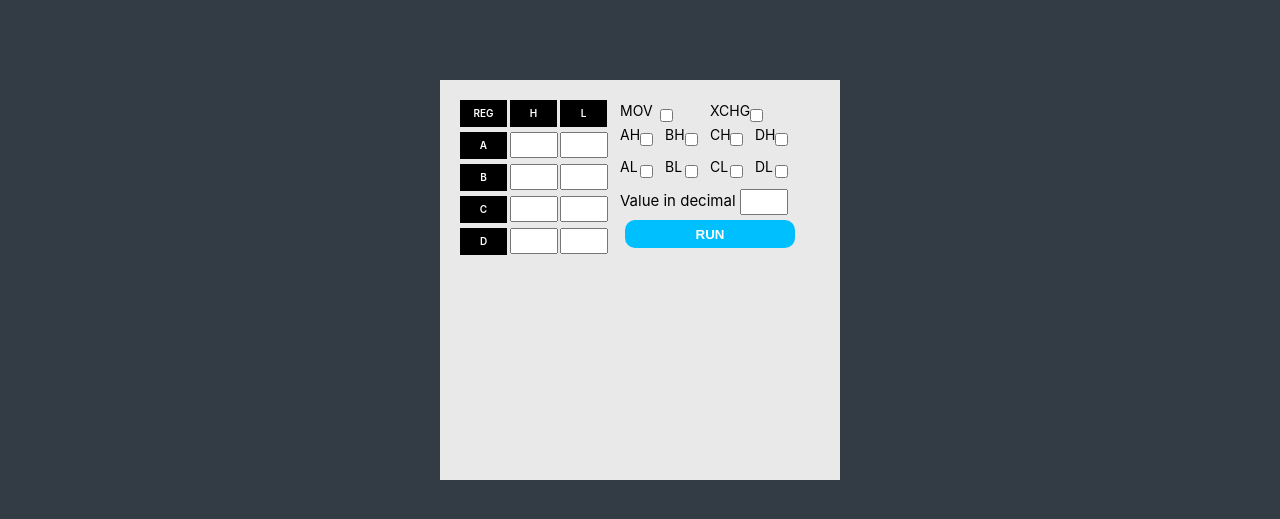
Repository: piookr-wsei/8086
Page: /
These files come from the project's save history. The page is drawn as it stood at one moment and after the next save; the edit follows.
The browser window is 1280 px wide. The pictures show the whole page.
The project was rebuilt for these pictures with package versions that can differ from the ones it lists, and the page was loaded fresh each time.

Above is the page before, as saved 2022-06-18 22:02:42.

### src/App.js
import React from 'react';
import { useState } from 'react';
import './App.css';
import { RegDesc, RegInput, RegWrapper, UiWindow, UiWrapper, SettingsWrapper, Labels, CheckWrapper, OpBox, LineWrap, NumDesc, RegChWrapper, Run } from './Components/Components.elements';


function App() {

  const xchg="xchg";
  const mov="mov"

  const [movChecked, setMovChecked] = useState(false);

  const [xchgChecked, setXchgChecked] = useState(false);

  const [opChosen,setOpChosen] = useState(null)

  function HandleCheck(name){
    if(name=="mov"){
      setMovChecked(!movChecked)
      setXchgChecked(false)
    }
    else if(name=="xchg"){
      setXchgChecked(!xchgChecked)
      setMovChecked(false)

    }
    setOpChosen(name)
  }

function OpChange(){
  return(
    <>
    <Labels>
      <CheckWrapper>
        MOV
        <OpBox type="checkbox"  checked={movChecked} onClick={() => HandleCheck(mov)} id="MOV"/>
      </CheckWrapper>
      <CheckWrapper style={{position:"relative", left:"10px"}}>
        XCHG
        <OpBox type="checkbox" checked={xchgChecked} onChange={() => HandleCheck(xchg)} id="XCHG" name="XCHG"/>
      </CheckWrapper>
    </Labels>
    </>
    )
  }







  return (
    <div className="App">
      <UiWindow>
        <UiWrapper>
          <RegWrapper>
            <RegDesc textContent={"REG"}/>  <RegDesc textContent={"H"}/>  <RegDesc textContent={"L"}/>

            <RegDesc textContent={"A"}/>  <RegInput maxLength={2}/> <RegInput maxLength={2}/>
            <RegDesc textContent={"B"}/>  <RegInput maxLength={2}/> <RegInput maxLength={2}/>
            <RegDesc textContent={"C"} />  <RegInput maxLength={2}/> <RegInput maxLength={2}/>
            <RegDesc textContent={"D"}/>  <RegInput maxLength={2}/> <RegInput maxLength={2}/>
          </RegWrapper>

          <SettingsWrapper>

              <OpChange/>

              <RegChWrapper>
                <CheckWrapper>
                  AH<OpBox type="checkbox"/>
                </CheckWrapper>
                <CheckWrapper>
                  BH<OpBox type="checkbox"/>
                </CheckWrapper>
                <CheckWrapper>
                  CH<OpBox type="checkbox"/>
                </CheckWrapper>
                <CheckWrapper>
                  DH<OpBox type="checkbox"/>
                </CheckWrapper>
                <CheckWrapper>
                  AL<OpBox type="checkbox"/>
                </CheckWrapper>
                <CheckWrapper>
                  BL<OpBox type="checkbox"/>
                </CheckWrapper>
                <CheckWrapper>
                  CL<OpBox type="checkbox"/>
                </CheckWrapper>
                <CheckWrapper>
                  DL<OpBox type="checkbox"/>
                </CheckWrapper>
              </RegChWrapper>

              <LineWrap>
              <NumDesc textContent={"Value in decimal"}/>  <RegInput maxLength={3} style={{width:"40px"}}/>
              </LineWrap>
              <Run>RUN</Run>
          </SettingsWrapper>



        </UiWrapper>
      </UiWindow>

    </div>
  );
}

export default App;

### src/App.css
body{
  height: 100%;
  background: rgba(1, 10, 22, 0.8);
}
.App {

}

.App-logo {
  height: 40vmin;
  pointer-events: none;
}

@media (prefers-reduced-motion: no-preference) {
  .App-logo {
    animation: App-logo-spin infinite 20s linear;
  }
}

.App-header {
  background-color: #282c34;
  min-height: 100vh;
  display: flex;
  flex-direction: column;
  align-items: center;
  justify-content: center;
  font-size: calc(10px + 2vmin);
  color: white;
}

.App-link {
  color: #61dafb;
}

@keyframes App-logo-spin {
  from {
    transform: rotate(0deg);
  }
  to {
    transform: rotate(360deg);
  }
}

### src/Components/Components.elements.js
import styled from "styled-components";

export const UiWindow = styled.div`
    height: 400px;
    width: 400px;
    background: rgb(233,233,233);
    position: relative;
    margin: auto;
    top: 80px;
`

export const UiWrapper = styled.div`
    border: 20px solid transparent;
    display: grid;
    grid-template-columns: 1fr 1fr;
`

export const RegWrapper = styled.div`
    width: 180px;
    //background: rgba(0,0,0,0.1);
    position: relative;
    left: 0;
    display: grid;
    grid-template-columns: 50px 50px 50px;
`

export const RegInput = styled.input`
    height: 20px;
    width: 40px;
    margin-bottom:5px;
    text-align: center;
`

export const SettingsWrapper = styled.div`
    width: 180px;
    //background: rgba(0,0,0,0.1);
    position: relative;
    right: 0;
    display: grid;
    grid-template-columns: 180px;
    //border: solid 1px black;
    font-size: 14px;
    line-height: 22px;
    grid-template-rows: 24px 64px repeat(auto-fit, 32px);
    right: 20px;

`

export const RegDescSC = styled.div`
    height: 27px;
    width: 47px;
    background: black;
    margin-bottom:5px;
    color: white;
    font-weight: 600;
`

export const DescText = styled.p`
    font-size: 10px;
    text-align: center;
    position: relative;
    top: -3px;
`

export function RegDesc(props){
    return(
        <RegDescSC>
            <DescText>{props.textContent}</DescText>
        </RegDescSC>
    )
}

export const Labels = styled.div`
    display: grid;
    grid-template-columns: 80px 80px;
`

export const CheckWrapper = styled.div`

    min-width: 30px;
    max-width: 65px;
    height: 25px;
    display: flex;
    justify-content: space-between;
`

export const OpBox = styled.input`
    vertical-align: "middle";
    position: relative;
    top: 3px;
    left: -9px;
`

export const LineWrap = styled.div`
    width: 180px;
    display: flex;
    align-items: center;
`

export const NumSC = styled.div`
    width: 120px;
    text-align: left !important;
`

export function NumDesc(props){
    return(
        <NumSC>
            <DescText style={{textAlign: "left", fontSize:"15px"}}>{props.textContent}</DescText>
        </NumSC>
    )
}

export const RegChWrapper = styled.div`
width: 180px;
display: grid;
grid-template-columns: 45px 45px 45px 45px ;
`

export const Run = styled.button`
width: 170px;
border-radius: 10px;
border:transparent 4px;
background-color: #00bfff;
margin: 0px auto 4px auto;
font-weight: 700;
color: white;
cursor: pointer;
`

Loaded but not shown: public/index.html (common file); src/index.js (common file); src/index.css (common file); src/reportWebVitals.js (common file)

After the next save:
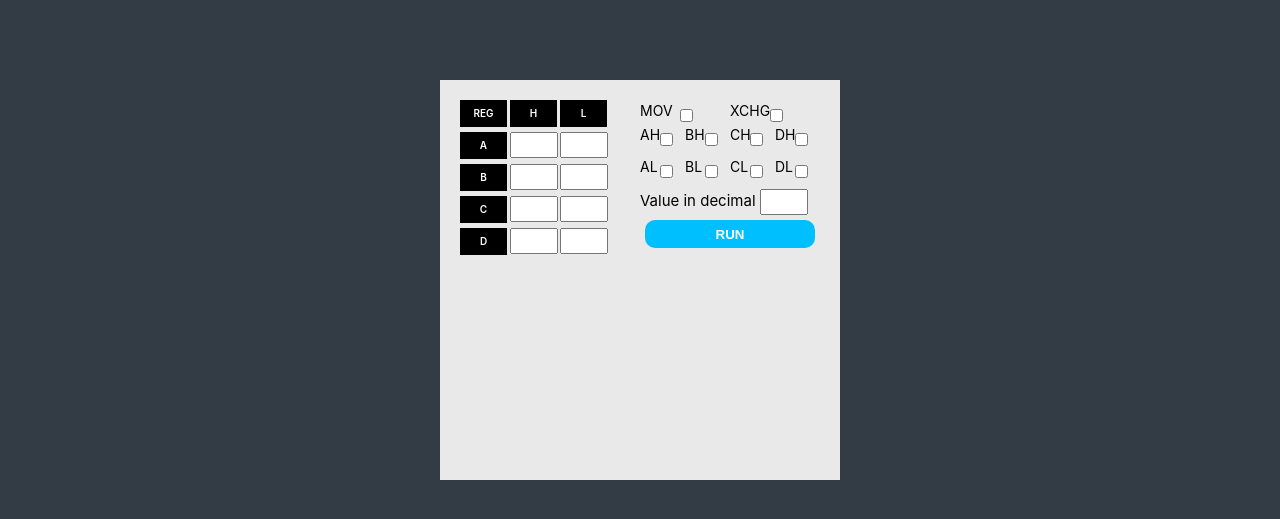
Saved 4 s later.
--- a/src/Components/Components.elements.js
+++ b/src/Components/Components.elements.js
@@ -42,7 +42,6 @@ export const SettingsWrapper = styled.div`
     font-size: 14px;
     line-height: 22px;
     grid-template-rows: 24px 64px repeat(auto-fit, 32px);
-    right: 20px;
 
 `
 
